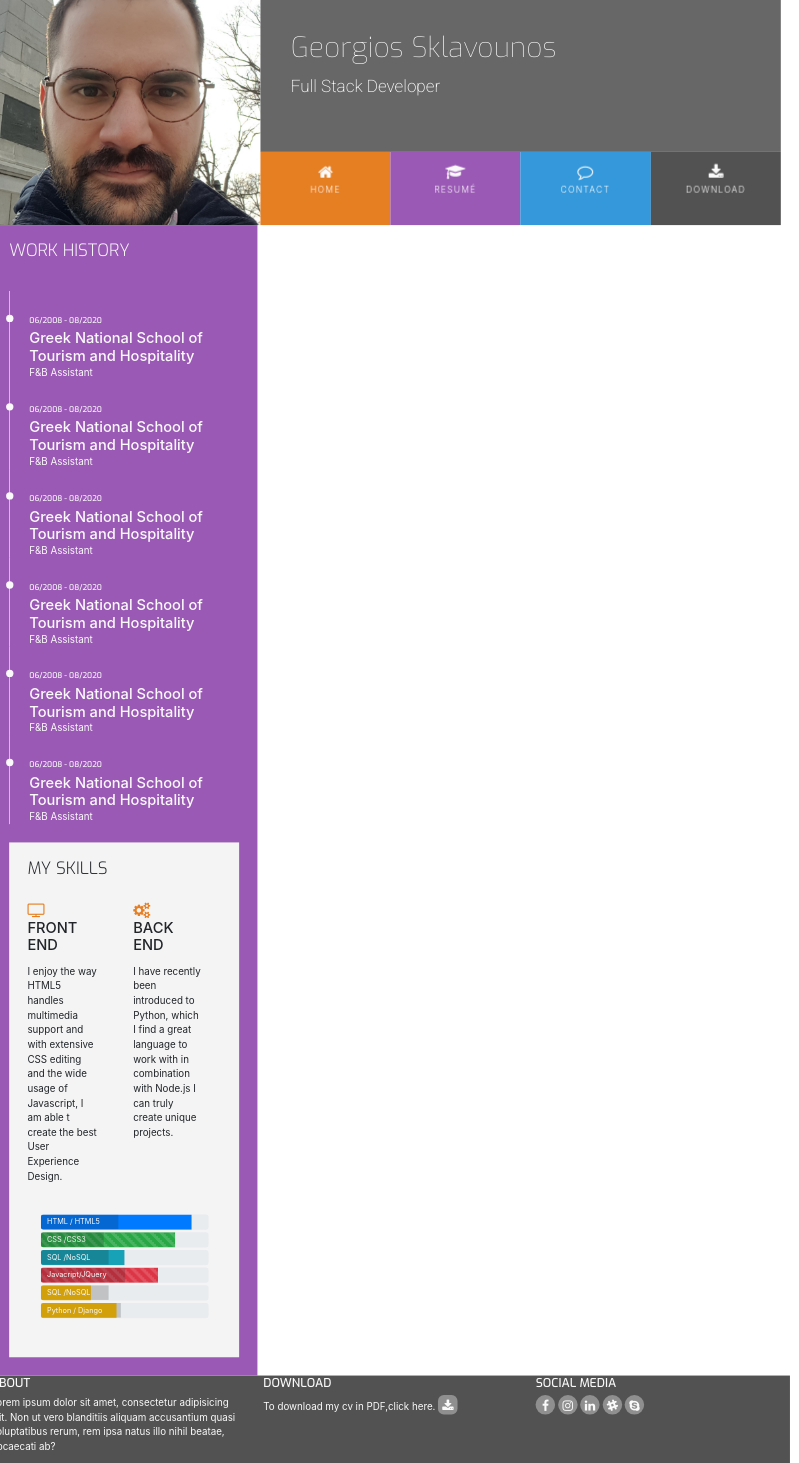
Repository: GeorgiosSklav/MyResume
Page: resume.html
The author's editor kept a record of every edit. The page is drawn from the files as they stood at one moment, then again after the next edit.
The browser window is 1280 px wide. The page is 1310 px wide, then 1295 px, so the pictures cover 1310 px, including what lies to the right of the window. The pictures show the whole page, at 61% of full size.

Above is the page before.

After the next edit:
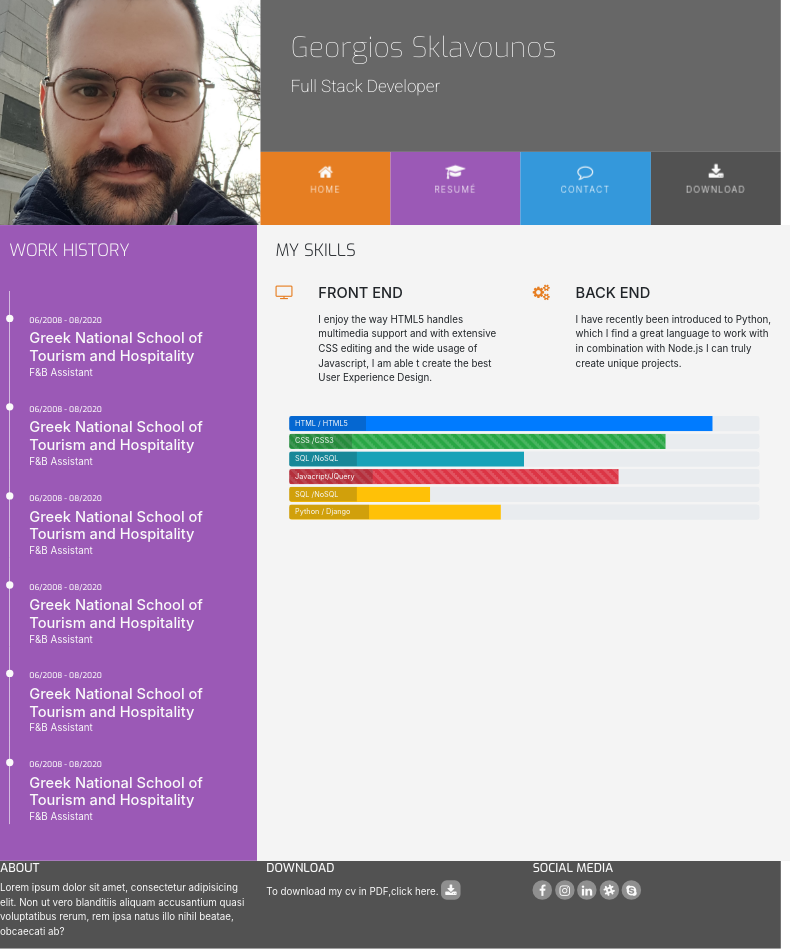
The edit:
--- a/resume.html
+++ b/resume.html
@@ -54,29 +54,30 @@
                     </div>
                 </div>
                 <div class="history-items">
-                <div class="timeline-item" data-dates="06/2008 - 08/2020">
-                    <h4>Greek National School of Tourism and Hospitality</h4>
-                    <p>F&B Assistant</p>
-                </div>
-                <div class="timeline-item" data-dates="06/2008 - 08/2020">
-                    <h4>Greek National School of Tourism and Hospitality</h4>
-                    <p>F&B Assistant</p>
-                </div>
-                <div class="timeline-item" data-dates="06/2008 - 08/2020">
-                    <h4>Greek National School of Tourism and Hospitality</h4>
-                    <p>F&B Assistant</p>
-                </div>
-                <div class="timeline-item" data-dates="06/2008 - 08/2020">
-                    <h4>Greek National School of Tourism and Hospitality</h4>
-                    <p>F&B Assistant</p>
-                </div>
-                <div class="timeline-item" data-dates="06/2008 - 08/2020">
-                    <h4>Greek National School of Tourism and Hospitality</h4>
-                    <p>F&B Assistant</p>
-                </div>
-                <div class="timeline-item" data-dates="06/2008 - 08/2020">
-                    <h4>Greek National School of Tourism and Hospitality</h4>
-                    <p>F&B Assistant</p>
+                    <div class="timeline-item" data-dates="06/2008 - 08/2020">
+                        <h4>Greek National School of Tourism and Hospitality</h4>
+                        <p>F&B Assistant</p>
+                    </div>
+                    <div class="timeline-item" data-dates="06/2008 - 08/2020">
+                        <h4>Greek National School of Tourism and Hospitality</h4>
+                        <p>F&B Assistant</p>
+                    </div>
+                    <div class="timeline-item" data-dates="06/2008 - 08/2020">
+                        <h4>Greek National School of Tourism and Hospitality</h4>
+                        <p>F&B Assistant</p>
+                    </div>
+                    <div class="timeline-item" data-dates="06/2008 - 08/2020">
+                        <h4>Greek National School of Tourism and Hospitality</h4>
+                        <p>F&B Assistant</p>
+                    </div>
+                    <div class="timeline-item" data-dates="06/2008 - 08/2020">
+                        <h4>Greek National School of Tourism and Hospitality</h4>
+                        <p>F&B Assistant</p>
+                    </div>
+                    <div class="timeline-item" data-dates="06/2008 - 08/2020">
+                        <h4>Greek National School of Tourism and Hospitality</h4>
+                        <p>F&B Assistant</p>
+                    </div>
                 </div>
             </div>
             <div class="col-md-8 bg-color-three-reasons section-column">
